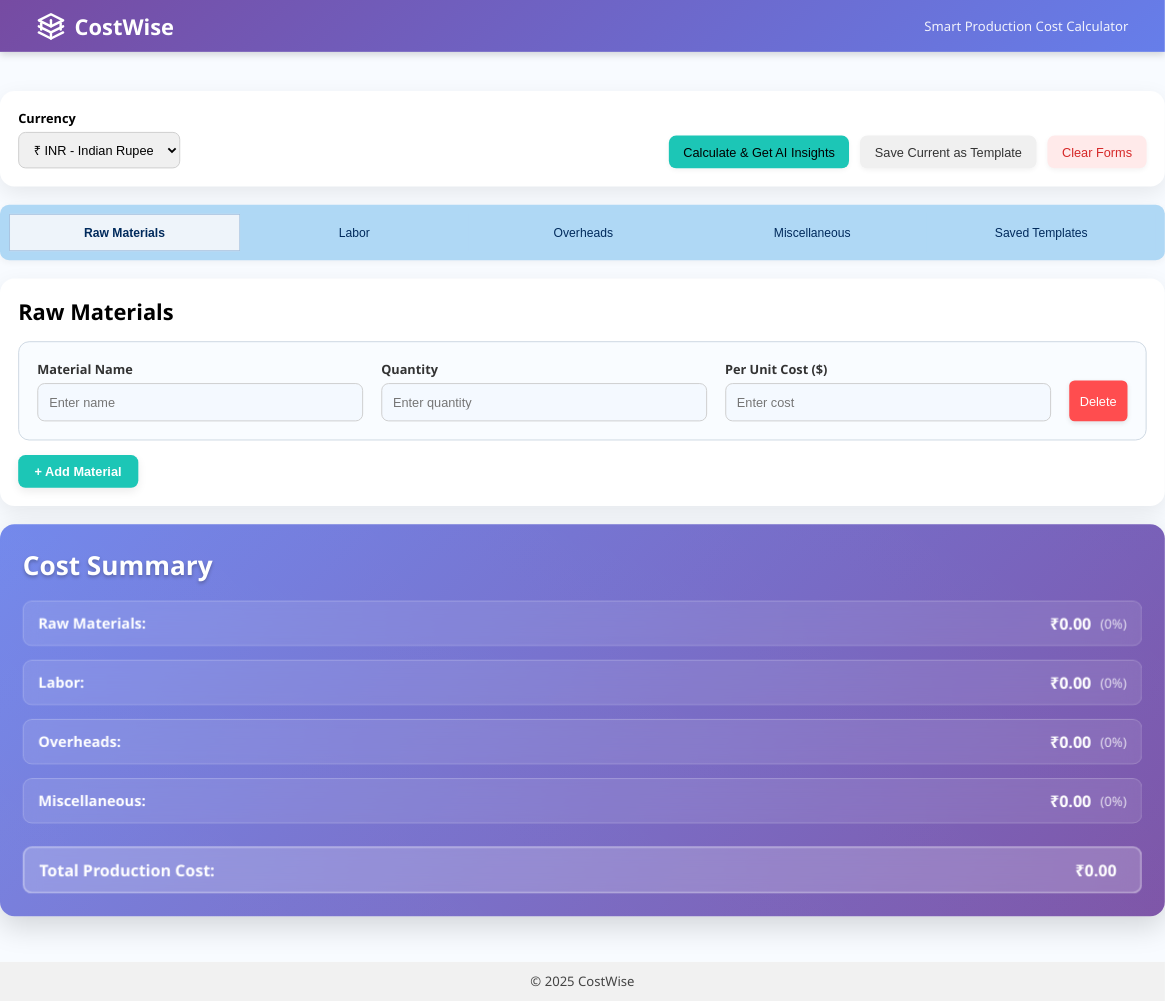
Repository: syntaxion25/COSTWISE
Page: index.html
These files come from the project's save history. The page is drawn as it stood at one moment and after the next save; the edit follows.
The browser window is 1280 px wide. The pictures show the whole page, at 91% of full size.

Above is the page before, as saved 2025-06-13 19:05:36.

After the next save:
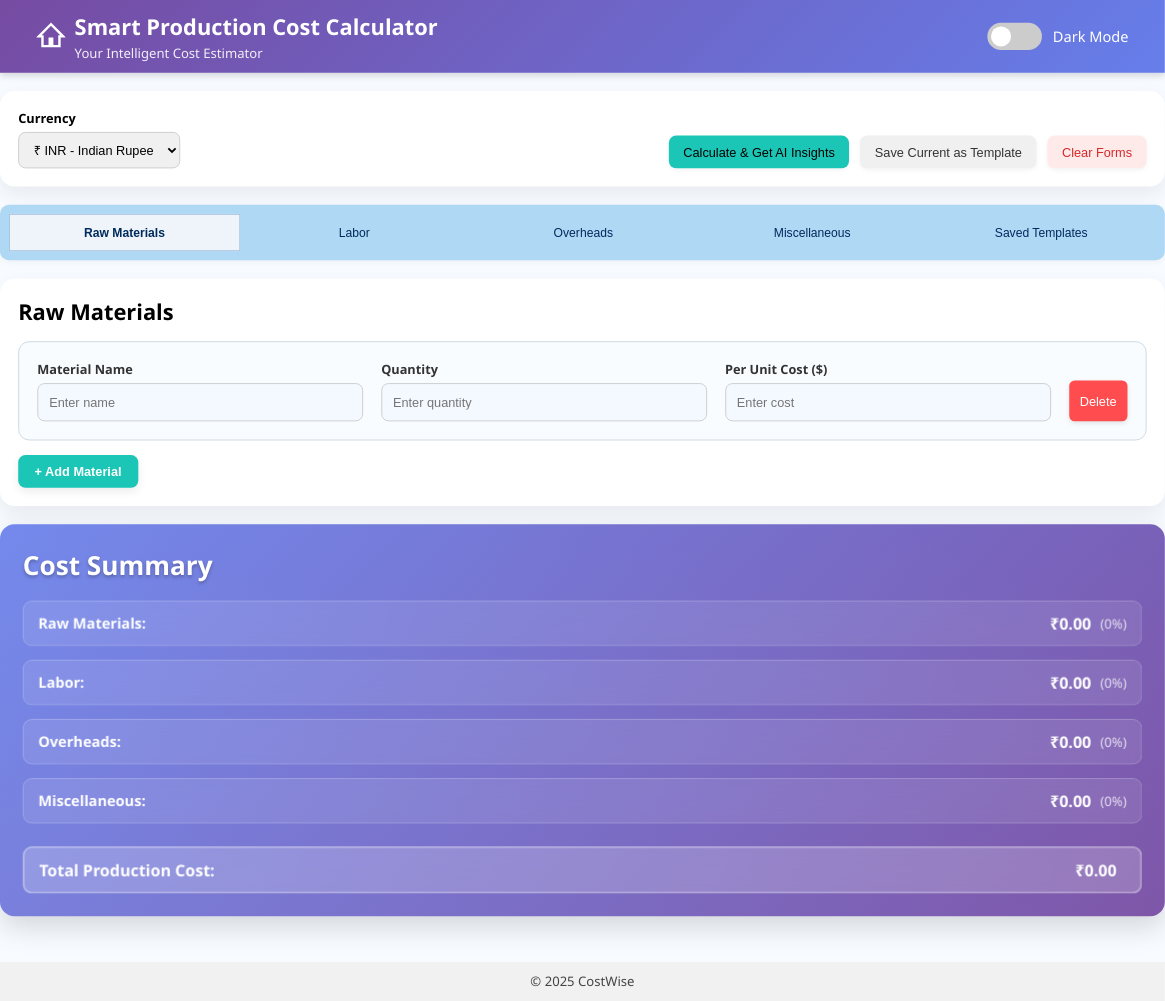
Saved 18 s later.
--- a/index.html
+++ b/index.html
@@ -10,25 +10,29 @@
 
 <body>
     <header>
-        <div class="container">
-            <div class="header-left">
-                <svg xmlns="http://www.w3.org/2000/svg" viewBox="0 0 24 24" fill="none" stroke="currentColor"
-                    stroke-width="2" stroke-linecap="round" stroke-linejoin="round" class="logo">
-                    <path d="M12 2L2 7l10 5 10-5-10-5z"></path>
-                    <path d="M2 17l10 5 10-5"></path>
-                    <path d="M2 12l10 5 10-5"></path>
-                    <line x1="12" y1="22" x2="12" y2="17"></line>
-                    <line x1="12" y1="12" x2="12" y2="7"></line>
-                    <line x1="20" y1="14.5" x2="20" y2="9.5"></line>
-                    <line x1="4" y1="14.5" x2="4" y2="9.5"></line>
-                </svg>
-                <h1>CostWise</h1>
-            </div>
-            <div class="header-right">
-                <p>Smart Production Cost Calculator</p>
-            </div>
-        </div>
-    </header>
+  <div class="container">
+    <div class="header-left">
+      <svg class="logo" viewBox="0 0 24 24" fill="none">
+        <!-- SVG path -->
+        <path d="M12 2L2 12h3v8h6v-6h2v6h6v-8h3L12 2z" stroke="currentColor" stroke-width="2"/>
+      </svg>
+      <div>
+        <h1>Smart Production Cost Calculator</h1>
+        <p class="slogan">Your Intelligent Cost Estimator</p>
+      </div>
+    </div>
+    <div class="header-right">
+      <div class="toggle-container">
+        <label class="switch">
+          <input type="checkbox" id="nightToggle">
+          <span class="slider"></span>
+        </label>
+        <span class="label-text">Dark Mode</span>
+      </div>
+    </div>
+  </div>
+</header>
+
 
     <main>
         <div class="card-container">
